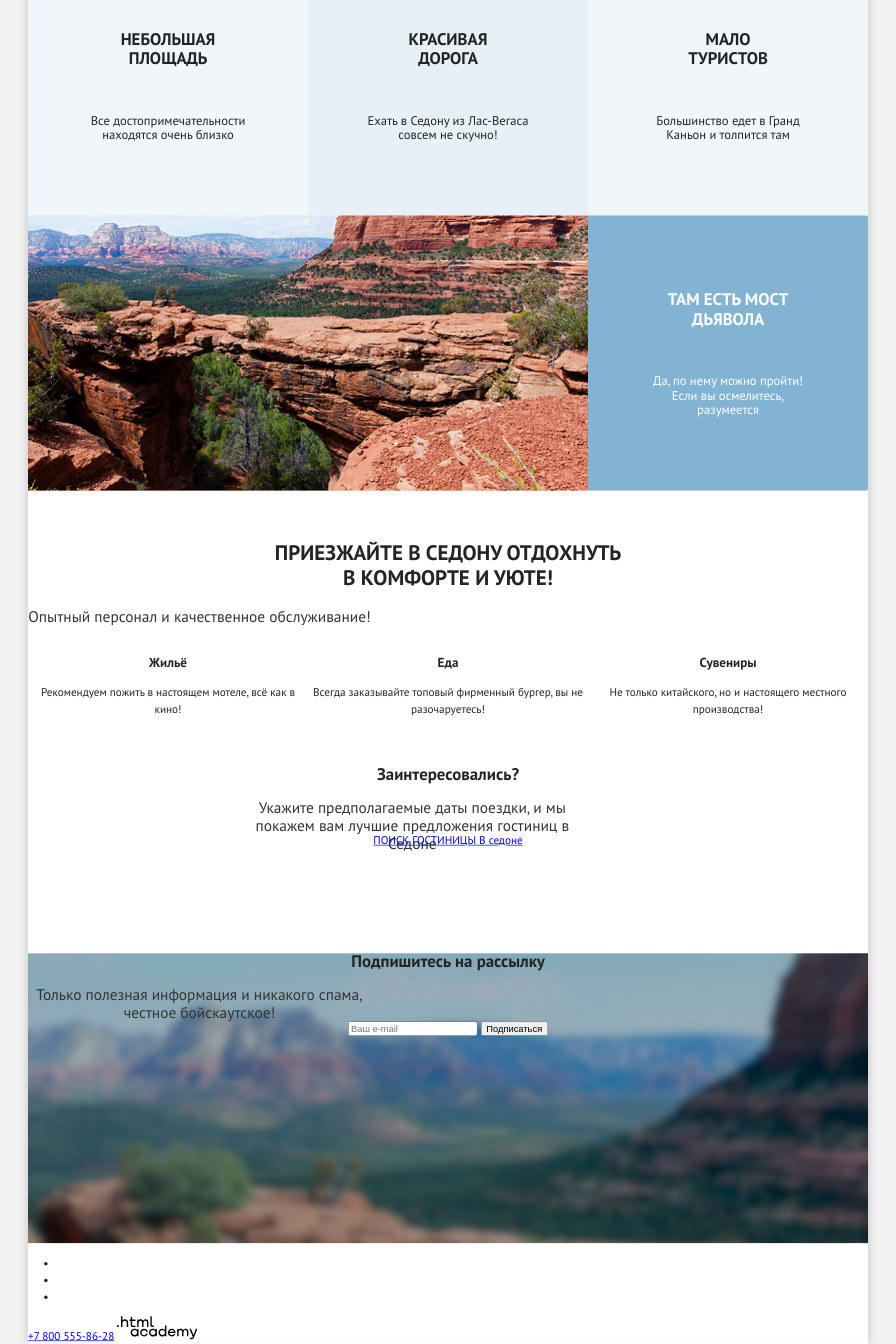
Repository: zakhgagne/2512253-sedona-1
Page: index.html
These files come from the project's save history. The page is drawn as it stood at one moment and after the next save; the edit follows.
The browser window is 1280 px wide. The pictures show the part of the page from y = 1287 to 3207 px (the page is 3207 px tall before and 3185 px after), at 70% of full size.

Above is the page before, as saved 2024-05-11 15:57:41.

### index.html
<!DOCTYPE html>
<html lang="ru">

  <head>
    <meta charset="utf-8">
    <title>Сайт города Седона</title>
    <link rel="stylesheet" href="styles/styles.css">
  </head>

  <body>
    <div class="container">
      <header class="header">
        <a class="logo-link" href="#">
          <img class="logo-image" src="./images/logo.svg" alt="Любимая Седона" width="" height="">
        </a>
        <nav class="navigation">
          <ul class="main-menu">
            <li class="menu-item">
              <a href="./index.html" class="menu-link">Главная</a>
            </li>
            <li class="menu-item">
              <a href="#" class="menu-link">О Седоне</a>
            </li>
            <li class="menu-item">
              <a href="./catalog.html" class="menu-link">Гостиницы</a>
            </li>
          </ul>
          <ul class="user-menu">
            <li class="user-menu-item">
              <a href="#" class="user-menu-link">
                <span class="visually-hidden">Поиск</span>
              </a>
            </li>
            <li class="user-menu-item">
              <a href="#" class="user-menu-link">
                <span class="visually-hidden">Избранное</span>
                <span class="like-number">12</span>
              </a>
            </li>
            <li class="user-menu-item">
              <a href="#" class="user-menu-link">Хочу сюда!</a>
            </li>
          </ul>
        </nav>
      </header>
      <main class="main-container">
        <h1 class="visually-hidden">Cайт города Седона</h1>
        <section class="welcome">
          <h2 class="visually-hidden">Приглашение</h2>
          <img src="./images/welcome.svg" class="welcome-image" width="" height="" alt="Welcome">
        </section>

        <section class="city">
          <h2 class="city-title">Седона — небольшой городок в Аризоне, заслуживающий большего!</h2>
          <p class="city-subtitle">Рассмотрим причины, по которым Седона круче, чем Гранд-Каньон!</p>

          <ul class="reason-list">
            <li class="reason-item reason-item-special">
              <div class="reason-container">
                <h3 class="reason-title">Настоящий городок</h3>
                <p class="reason-text">Седона — не аттракцион для туристов, там течёт своя жизнь</p>
              </div>
              <img src="./images/photo-1.jpg" class="reason-image" width="" height="">
            </li>
            <li class="reason-item">
              <div class="reason-container">
                <h3 class="reason-title">Небольшая площадь</h3>
                <p class="reason-text">Все достопримечательности находятся очень близко</p>
              </div>
            </li>
            <li class="reason-item">
              <div class="reason-container">
                <h3 class="reason-title">Красивая дорога</h3>
                <p class="reason-text">Ехать в Седону из Лас-Вегаса совсем не скучно!</p>
              </div>
            </li>
            <li class="reason-item">
              <div class="reason-container">
                <h3 class="reason-title">Мало туристов</h3>
                <p class="reason-text">Большинство едет в Гранд Каньон и толпится там</p>
              </div>
            </li>
            <li class="reason-item reason-item-special">
              <img src="./images/photo-2.jpg" class="reason-image" width="" height="">
              <div class="reason-container">
                <h3 class="reason-title">Там есть мост дьявола</h3>
                <p class="reason-text">Да, по нему можно пройти! Если вы осмелитесь, разумеется</p>
              </div>
            </li>
          </ul>
        </section>

        <section class="city-welcome">
          <h2 class="desription">Приезжайте в Седону отдохнуть в комфорте и уюте!</h2>
          <p class="simple-text">Опытный персонал и качественное обслуживание!</p>

          <ul class="comfort-list">
            <li class="comfort-item">
              <h3 class="comfort-title">Жильё</h3>
              <p class="comfort-text">Рекомендуем пожить в настоящем мотеле, всё как в кино!</p>
            </li>
            <li class="comfort-item">
              <h3 class="comfort-title">Еда</h3>
              <p class="comfort-text">Всегда заказывайте топовый фирменный бургер, вы не разочаруетесь!</p>
            </li>
            <li class="comfort-item">
              <h3 class="comfort-title">Сувениры</h3>
              <p class="comfort-text">Не только китайского, но и настоящего местного производства!</p>
            </li>
          </ul>
        </section>

        <section class="interest">
          <h2 class="desription">Заинтересовались?</h2>
          <p class="simple-text">Укажите предполагаемые даты поездки, и мы покажем вам лучшие предложения гостиниц в
            Седоне</p>
          <a href="#" class="button-search-motel">ПОИСК ГОСТИНИЦЫ В седоне</a>
        </section>

      </main>

      <footer>
        <section class="news-letter">
          <h2 class="desription">Подпишитесь на рассылку</h2>
          <p class="simple-text">Только полезная информация и никакого спама, честное бойскаутское!</p>

          <form class="subscribe-form" action="https://echo.htmlacademy.ru/" method="post">
            <input class="field" placeholder="Ваш e-mail" type="email" name="distribution-email" required>
            <button class="subscribe-form-button" type="submit">Подписаться</button>
          </form>
        </section>
        <div class="footer-container">
          <section class="contacts">
            <h2 class="visually-hidden">Контакты</h2>
            <ul class="contact-list">
              <li class="contact-list-item">
                <a href="#" class="contact-list-link">
                  <p class="visually-hidden">Вконтакте</p>
                </a>
              </li>
              <li class="contact-list-item">
                <a href="#" class="contact-list-link">
                  <p class="visually-hidden">Телеграм</p>
                </a>
              </li>
              <li class="contact-list-item">
                <a href="#" class="contact-list-link">
                  <p class="visually-hidden">Ютуб</p>
                </a>
              </li>
            </ul>
            <a class="footer-contacts-address-phone" href="tel:+78005558628">+7 800 555-86-28</a>
            <a class="htmlacademy-link" href="https://htmlacademy.ru/">
              <img src="./images/logo-academy.svg" width="" height="" alt="Академия">
            </a>
          </section>
        </div>
      </footer>
    </div>
  </body>

</html>

### styles/styles.css
@font-face {
  font-family: "PT Sans";
  font-style: normal;
  font-weight: 400;
  src: url("../fonts/ptsans-400.woff2") format("woff2");
  font-display: swap;
}

@font-face {
  font-family: "PT Sans";
  font-style: normal;
  font-weight: 700;
  src: url("../fonts/ptsans-700.woff2") format("woff2");
  font-display: swap;
}


body {
  margin: 0;
  font-family: "PT Sans", "Arial", sans-serif;
  font-size: 16px;
  line-height: 24px;
  color: #242424;
  background-color: #f2f2f2;
}

.visually-hidden {
  display: none;
}

.container {
  width: 1200px;
  margin: 0 auto;
  background-color: #ffffff;
  box-shadow: 0 0 15px rgba(0, 0, 0, 0.2);
}

.header {
  background-color: #ffffff;
  position: relative;
  padding: 0 68px 0 238px;
}

.logo-link {
  position: absolute;
  top: 0;
  left: 70px;
}

.logo-image {}

.navigation {
  display: flex;
  justify-content: space-between;
}

.main-menu {
  padding: 0;
  margin: 0;
  list-style: none;
  display: flex;
  width: 500px;
  flex-wrap: wrap;
}

.menu-item {}

.menu-link {
  font-size: 20px;
  font-weight: 700;
  line-height: 24px;
  color: #000000;
  text-decoration: none;
  display: block;
  padding: 20px 16px;

}

.menu-item:nth-child(1) {
  /* background-color: red; */
}

.menu-item:nth-child(2) {
  /* background-color: blue; */
}

.menu-item:nth-child(3) {
  /* background-color: red; */
}

.user-menu {
  padding: 0;
  margin: 0;
  list-style: none;
  display: flex;
}

.welcome {
  background-color: #aec5d1;
  background-image: url("../images/white-crown.svg"), url("../images/index-background.jpg");
  background-repeat: no-repeat;
  background-position: center bottom, center top;
  background-size: 1200px 57px, cover;
  padding-top: 51px;
  padding-bottom: 82px;
  min-height: 352px;
}

.welcome-image {
  display: block;
  margin: 0 auto;
}

.city {
  text-align: center;
  padding-top: 70px;
}

.city-title {
  padding: 0;
  margin: 0 auto 24px;
  font-size: 30px;
  font-weight: 700;
  line-height: 36px;
  text-transform: uppercase;
  width: 750px;

}

.city-subtitle {
  padding: 1px;
  margin: 0 auto 87px;
  font-size: 22px;
  font-weight: 400;
  line-height: 26px;
  width: 750px;
}

.reason-list {
  display: flex;
  justify-content: space-between;
  text-align: center;
  padding: 0;
  margin: 0;
  list-style: none;
  flex-wrap: wrap;
}

.reason-item {
  display: flex;
  background-color: bisque;
}

.reason-container {
  width: 400px;
  padding-top: 106px;
  padding-bottom: 105px;
}

.reason-title {
  margin: 0 auto 63px;
  padding: 0;
  font-size: 24px;
  font-weight: 700;
  line-height: 28px;
  width: 175px;
  text-transform: uppercase;

}

.reason-text {
  padding: 0;
  margin: 0 auto;
  font-size: 18px;
  font-weight: 400;
  line-height: 21px;
  width: 231px;
}

.reason-item:nth-child(2n) {
  background-color: #f0f6fa;
}
.reason-item:nth-child(3n) {
  background-color: #e6f0f6;
}
.reason-item-special .reason-container {
  background-color: #82B3D3;
  border-radius: 0px 4px 4px 0px;
  color: #FFFFFF;

}

.comfort-list {
  display: flex;
  justify-content: space-between;
  text-align: center;
  padding: 0;
  margin: 0;
  list-style: none;
}

.comfort-item {
  width: 400px;
}

.interest {
  text-align: center;
  margin: 54px auto;
  height: 214px;
  width: 592px;
}

.desription {
  padding: 0;
  margin: 0;
}

.footer-container {
  display: flex;
  margin: 0 auto;
}


.news-letter {
  background-image: url("../images/subscribe.jpg");
  background-repeat: no-repeat;
  min-height: 414px;
  text-align: center;

  /*width: 684px;*/
}

.city-welcome  {
  text-align: center;
  padding-top: 70px;
}
.city-welcome .desription {
  padding: 0;
    margin: 0 auto 24px;
    font-size: 30px;
    font-weight: 700;
    line-height: 36px;
    text-transform: uppercase;
    width: 500px;
}

.simple-text {
width: 490px;
  height: 26px;

  /* Texts/Text basic */


  font-weight: 400;
  font-size: 22px;
  line-height: 26px;
  /* identical to box height, or 118% */
  text-align: center;

  /* Texts/second */
  color: #333333;
}

After the next save:
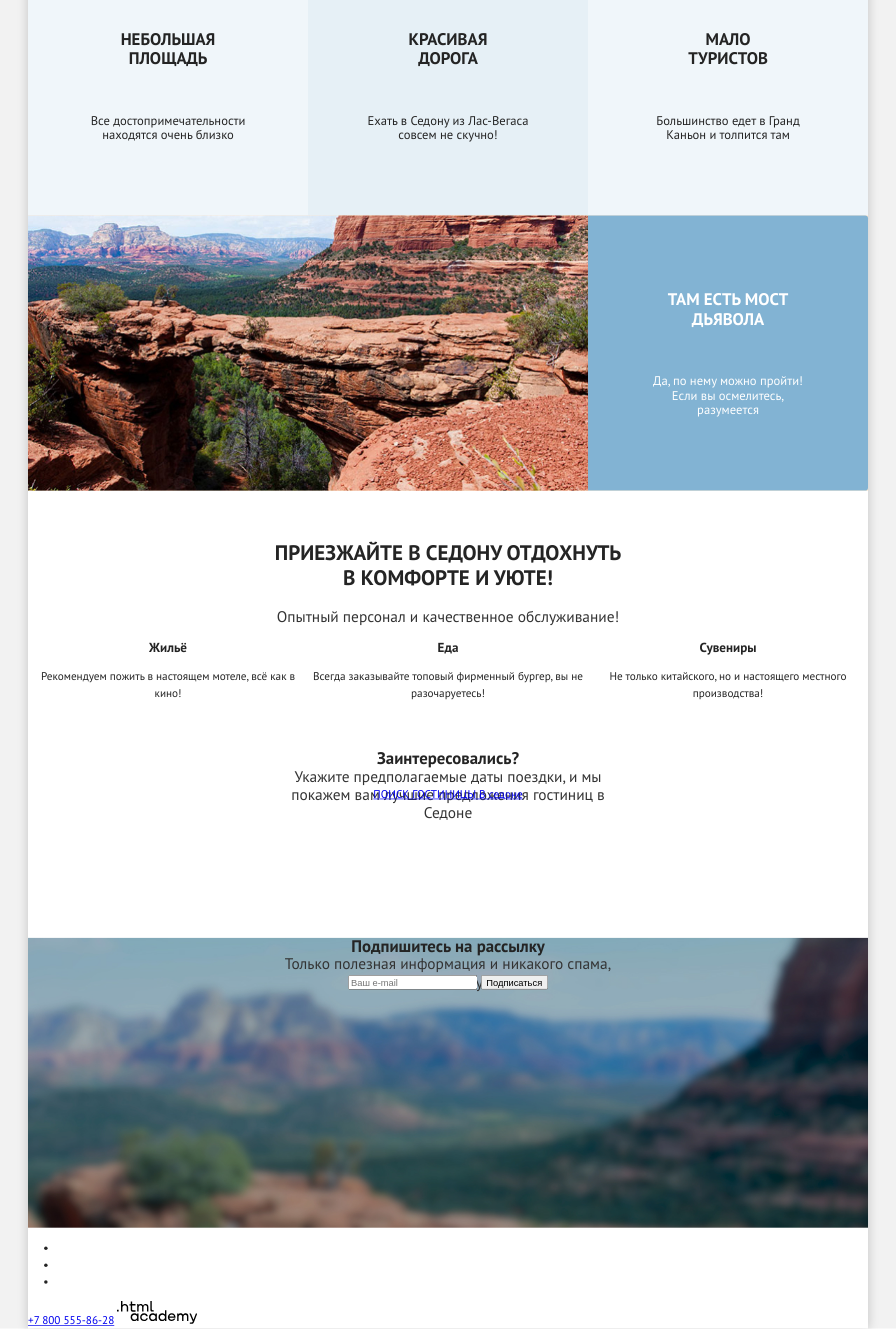
Saved 8 min 17 s later.
--- a/styles/styles.css
+++ b/styles/styles.css
@@ -245,18 +245,17 @@ body {
 }
 
 .simple-text {
-width: 490px;
+
+  padding: 0;
+  margin: 0 auto;
+  width: 490px;
   height: 26px;
 
   /* Texts/Text basic */
-
-
   font-weight: 400;
   font-size: 22px;
   line-height: 26px;
   /* identical to box height, or 118% */
-  text-align: center;
-
   /* Texts/second */
   color: #333333;
 }
